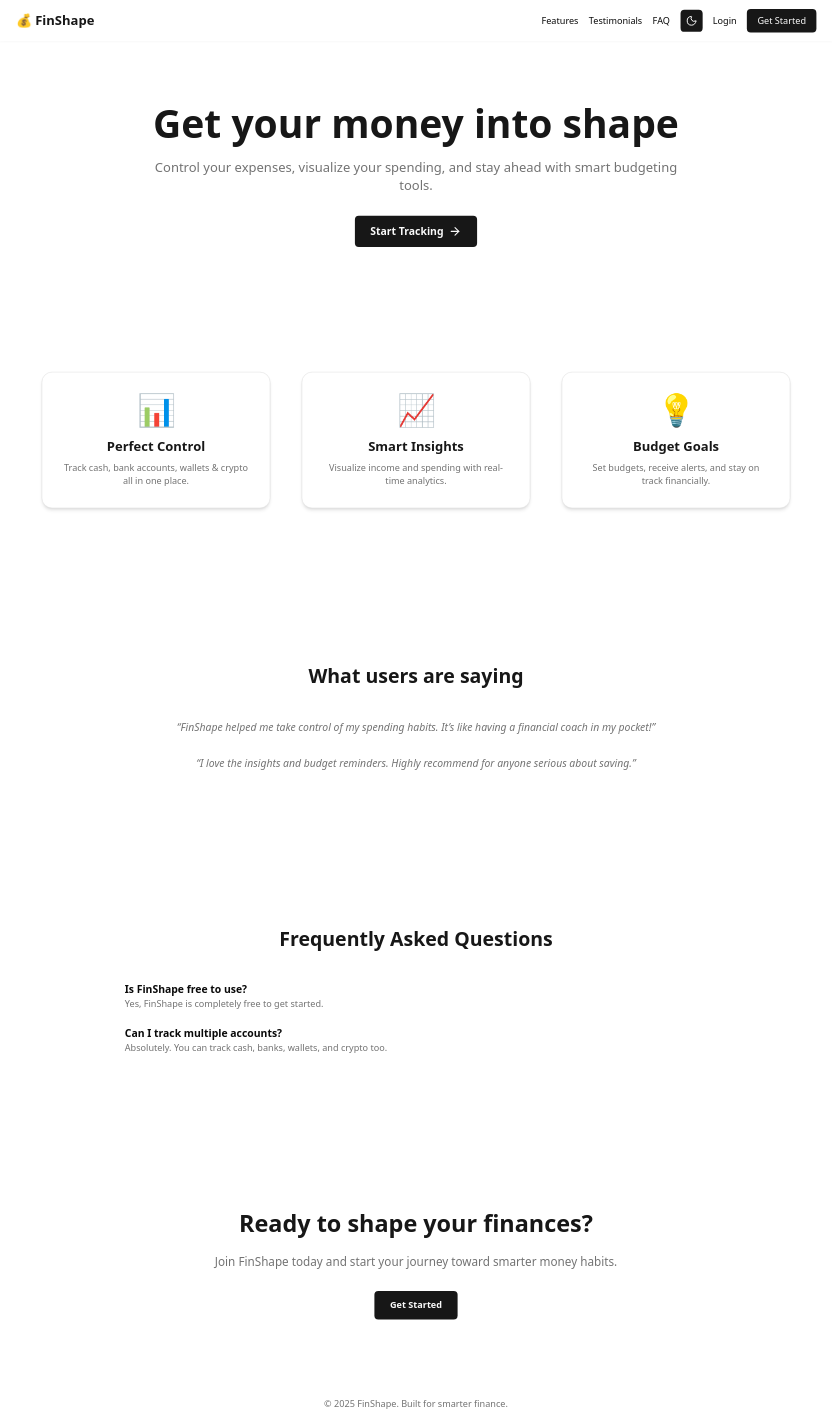
Repository: ruthvik-mt/Trackifi
Page: /categories (app in frontend/)
An editor plug-in stored every save of this project. The page is shown before and after the next save, followed by the edit.
The browser window is 1280 px wide. The pictures show the whole page, at 65% of full size.
The project was rebuilt for these pictures with package versions that can differ from the ones it lists, and the page was loaded fresh each time. Also part of the build but not shown: frontend/vite.config.ts, frontend/src/components/FormInput.tsx, frontend/src/pages/Auth/Login.tsx, frontend/src/pages/Auth/Register.tsx, frontend/src/components/Sidebar.tsx, frontend/src/components/ThemeToggleButton.tsx, frontend/src/components/Navbar.tsx, frontend/src/pages/Dashboard/Layout.tsx and 20 more.

Above is the page before, as saved 2025-07-15 20:44:38.

### frontend/index.html
<!-- index.html -->
<!DOCTYPE html>
<html lang="en">
  <head>
    <meta charset="UTF-8" />
    <link rel="icon" href="/favicon.svg" />
    <meta name="viewport" content="width=device-width, initial-scale=1.0" />

    <!-- Critical script: apply theme before paint -->
    <script>
      const theme = localStorage.getItem("theme");
      if (
        theme === "dark" ||
        (!theme && window.matchMedia("(prefers-color-scheme: dark)").matches)
      ) {
        document.documentElement.classList.add("dark");
      } else {
        document.documentElement.classList.remove("dark");
      }
    </script>

    <title>FinShape</title>
  </head>
  <body>
    <div id="root"></div>
    <script type="module" src="/src/main.tsx"></script>
  </body>
</html>

### frontend/src/main.tsx
import React from "react";
import ReactDOM from "react-dom/client";
import App from "./App";
import "./tailwind.css";
import { AuthProvider } from "./context/AuthProvider";
import { ThemeProvider } from "./context/ThemeProvider"; // ✅ Add ThemeProvider
import { BrowserRouter as Router } from "react-router-dom";

ReactDOM.createRoot(document.getElementById("root")!).render(
  <React.StrictMode>
    <Router>
      {/* ✅ Wrap app with theme context */}
      <ThemeProvider>
        <AuthProvider>
          <App />
        </AuthProvider>
      </ThemeProvider>
    </Router>
  </React.StrictMode>
);

### frontend/src/context/ThemeProvider.tsx
import { useEffect, useState, ReactNode } from "react";
import { ThemeContext, Theme } from "./ThemeContext";

export const ThemeProvider = ({ children }: { children: ReactNode }) => {
  const getInitialTheme = (): Theme => {
    if (typeof window === "undefined") return "light";
    const stored = localStorage.getItem("theme");
    if (stored === "light" || stored === "dark") return stored;
    return window.matchMedia("(prefers-color-scheme: dark)").matches ? "dark" : "light";
  };

  const [theme, setTheme] = useState<Theme>(getInitialTheme);

  useEffect(() => {
    const root = document.documentElement;
    if (theme === "dark") {
      root.classList.add("dark");
    } else {
      root.classList.remove("dark");
    }
    localStorage.setItem("theme", theme);
  }, [theme]);

  const toggleTheme = () => setTheme(prev => (prev === "dark" ? "light" : "dark"));

  return (
    <ThemeContext.Provider value={{ theme, toggleTheme }}>
      {children}
    </ThemeContext.Provider>
  );
};

### frontend/src/components/ProtectedRoute.tsx
// // src/components/ProtectedRoute.tsx
// import { Navigate } from "react-router-dom";
// import { useAuth } from "@/hooks/useAuth";
// import { ReactNode } from "react";

// const ProtectedRoute = ({ children }: { children: ReactNode }) => {
//   const { token } = useAuth();
//   return token ? <>{children}</> : <Navigate to="/login" replace />;
// };

// export default ProtectedRoute;

import { Navigate } from "react-router-dom";
import { useAuth } from "../hooks/useAuth"; // ✅ Correct path
import { JSX } from "react/jsx-runtime";

export default function ProtectedRoute({ children }: { children: JSX.Element }) {
  const { token } = useAuth();

  if (!token) return <Navigate to="/" replace />;
  return children;
}

### frontend/src/pages/LandingPage.tsx
import { Link } from "react-router-dom";
import { motion } from "framer-motion";
import { ArrowRight, Moon, Sun } from "lucide-react";
import { useTheme } from "../hooks/useTheme";
import { useState, useEffect } from "react";
import { Spinner } from "@/components/Spinner";

export default function LandingPage() {
  const { theme, toggleTheme } = useTheme();
  const [buttonLoading, setButtonLoading] = useState(true);

  useEffect(() => {
    const timer = setTimeout(() => setButtonLoading(false), 1000);
    return () => clearTimeout(timer);
  }, []);

  return (
    <div className="min-h-screen bg-background text-foreground">
      {/* ────────────── Header ────────────── */}
      <header className="sticky top-0 z-10 h-16 bg-card text-card-foreground shadow-sm flex items-center justify-between px-6">
        <div className="text-xl font-bold text-primary">💰 FinShape</div>

        <nav className="flex items-center gap-4">
          <a href="#features" className="text-sm font-medium hover:text-primary transition-colors">Features</a>
          <a href="#testimonials" className="text-sm font-medium hover:text-primary transition-colors">Testimonials</a>
          <a href="#faq" className="text-sm font-medium hover:text-primary transition-colors">FAQ</a>

          <button
            onClick={toggleTheme}
            className="px-2 py-2 rounded-md text-sm font-medium bg-primary text-primary-foreground hover:bg-primary/90 transition-colors flex items-center justify-center"
            aria-label={`Switch to ${theme === "dark" ? "light" : "dark"} mode`}
          >
            {theme === "dark" ? <Sun size={18} /> : <Moon size={18} />}
          </button>

          <Link
            to="/login"
            className="text-sm font-medium hover:underline hover:text-primary transition-colors"
          >
            Login
          </Link>

          {buttonLoading ? (
            <Spinner size="default" />
          ) : (
            <Link to="/register">
              <button className="px-4 py-2 rounded-md text-sm font-medium bg-primary text-primary-foreground hover:bg-primary/90 transition-colors">
                Get Started
              </button>
            </Link>
          )}
        </nav>
      </header>

      {/* ────────────── Hero Section ────────────── */}
      <motion.section
        className="text-center px-6 py-24 max-w-4xl mx-auto"
        initial={{ opacity: 0, y: 30 }}
        animate={{ opacity: 1, y: 0 }}
        transition={{ duration: 0.6 }}
      >
        <h1 className="text-5xl md:text-6xl font-extrabold leading-tight mb-6 text-primary">
          Get your money into shape
        </h1>
        <p className="text-lg md:text-xl text-muted-foreground mb-8">
          Control your expenses, visualize your spending, and stay ahead with smart budgeting tools.
        </p>

        {buttonLoading ? (
          <div className="flex justify-center">
            <Spinner size="lg" />
          </div>
        ) : (
          <Link to="/register">
            <button
              aria-label="Start tracking your expenses"
              className="px-6 py-3 rounded-md font-semibold bg-primary text-primary-foreground hover:bg-primary/90 inline-flex items-center gap-2 transition-colors"
            >
              Start Tracking <ArrowRight size={20} />
            </button>
          </Link>
        )}
      </motion.section>

      {/* ────────────── Features Section ────────────── */}
      <motion.section
        id="features"
        className="py-24 px-6 bg-background"
        initial={{ opacity: 0 }}
        whileInView={{ opacity: 1 }}
        viewport={{ once: true, amount: 0.2 }}
        transition={{ duration: 0.8 }}
      >
        <div className="max-w-6xl mx-auto grid gap-12 md:grid-cols-3 text-center">
          {[
            {
              icon: "📊",
              title: "Perfect Control",
              desc: "Track cash, bank accounts, wallets & crypto all in one place.",
            },
            {
              icon: "📈",
              title: "Smart Insights",
              desc: "Visualize income and spending with real-time analytics.",
            },
            {
              icon: "💡",
              title: "Budget Goals",
              desc: "Set budgets, receive alerts, and stay on track financially.",
            },
          ].map(({ icon, title, desc }, index) => (
            <motion.div
              key={title}
              className="bg-white dark:bg-zinc-900 text-zinc-800 dark:text-white border border-border p-8 rounded-2xl shadow-md hover:shadow-xl transition-transform"
              initial={{ opacity: 0, y: 40, scale: 0.95 }}
              whileInView={{ opacity: 1, y: 0, scale: 1 }}
              viewport={{ once: true, amount: 0.3 }}
              whileHover={{ scale: 1.06 }}
              transition={{
                duration: 0.6,
                delay: index * 0.2,
                type: "spring",
                stiffness: 120,
              }}
            >
              <div className="text-5xl mb-5">{icon}</div>
              <h3 className="text-xl font-bold mb-2 text-primary">{title}</h3>
              <p className="text-sm text-muted-foreground">{desc}</p>
            </motion.div>
          ))}
        </div>
      </motion.section>

      {/* ────────────── Testimonials Section ────────────── */}
     <motion.section
  id="testimonials"
  className="py-24 px-6 bg-background text-center"
  initial={{ opacity: 0 }}
  whileInView={{ opacity: 1 }}
  viewport={{ once: true, amount: 0.2 }}
  transition={{ duration: 0.8 }}
>
  <div className="h-12 bg-gradient-to-b from-transparent to-background" />
  <h2 className="text-3xl font-bold mb-12 text-primary">What users are saying</h2>
  <div className="max-w-4xl mx-auto space-y-8">
    <blockquote className="italic text-muted-foreground">
      “FinShape helped me take control of my spending habits. It’s like having a financial coach in my pocket!”
    </blockquote>
    <blockquote className="italic text-muted-foreground">
      “I love the insights and budget reminders. Highly recommend for anyone serious about saving.”
    </blockquote>
  </div>
</motion.section>


      {/* ────────────── FAQ Section ────────────── */}
     <motion.section
  id="faq"
  className="py-24 px-6 bg-background"
  initial={{ opacity: 0 }}
  whileInView={{ opacity: 1 }}
  viewport={{ once: true, amount: 0.2 }}
  transition={{ duration: 0.8 }}
>
  <div className="h-12 bg-gradient-to-b from-transparent to-background" />
  <h2 className="text-3xl font-bold mb-12 text-center text-primary">Frequently Asked Questions</h2>
  <div className="max-w-4xl mx-auto space-y-6">
    <div>
      <h4 className="font-semibold">Is FinShape free to use?</h4>
      <p className="text-sm text-muted-foreground">
        Yes, FinShape is completely free to get started.
      </p>
    </div>
    <div>
      <h4 className="font-semibold">Can I track multiple accounts?</h4>
      <p className="text-sm text-muted-foreground">
        Absolutely. You can track cash, banks, wallets, and crypto too.
      </p>
    </div>
  </div>
</motion.section>


      {/* ────────────── Call to Action ────────────── */}
      <motion.section
  id="cta"
  className="py-24 px-6 bg-background text-center"
  initial={{ opacity: 0 }}
  whileInView={{ opacity: 1 }}
  viewport={{ once: true, amount: 0.2 }}
  transition={{ duration: 0.8 }}
>
  <div className="h-12 bg-gradient-to-b from-transparent to-background" />
  <div className="max-w-2xl mx-auto">
    <h2 className="text-4xl font-bold mb-6 text-primary">Ready to shape your finances?</h2>
    <p className="mb-8 text-lg text-muted-foreground">
      Join FinShape today and start your journey toward smarter money habits.
    </p>
    <Link to="/register">
      <button className="px-6 py-3 text-sm font-semibold bg-primary text-primary-foreground rounded-md hover:bg-primary/90 transition-colors">
        Get Started
      </button>
    </Link>
  </div>
</motion.section>


      {/* ────────────── Footer ────────────── */}
      <footer className="text-center py-6 text-sm text-muted-foreground bg-background">
        © {new Date().getFullYear()} FinShape. Built for smarter finance.
      </footer>
    </div>
  );
}

### frontend/src/context/AuthContext.tsx
// import { createContext } from "react";
// import { User } from "@/types/Auth";

// export interface AuthContextType {
//   token: string | null;
//   user: User | null;
//   login: (token: string) => void;
//   logout: () => void;
// }

// export const AuthContext = createContext<AuthContextType>({
//   token: null,
//   user: null,
//   login: () => {},
//   logout: () => {},
// });

// src/context/AuthContext.ts
import { createContext } from "react";

export interface AuthContextType {
  token: string | null;
  login: (email: string, password: string) => Promise<void>;
  logout: () => void;
}

export const AuthContext = createContext<AuthContextType>(
  {} as AuthContextType // ✅ Safe for use without null-checks
);

### frontend/src/axios.ts
// // src/axios.ts
// import axios from "axios";

// const axiosInstance = axios.create({
//   baseURL: "http://localhost:8080/api",
// });

// axiosInstance.interceptors.request.use((config) => {
//   const token = localStorage.getItem("token");
//   if (token && config.headers) {
//     config.headers.Authorization = `Bearer ${token}`;
//   }
//   return config;
// });

// export default axiosInstance;

// src/axios.ts
// src/axios.ts
import axios from "axios";

const instance = axios.create({
  baseURL: "", // <-- frontend sends /api/... and Vite handles the proxy
  headers: {
    "Content-Type": "application/json",
  },
});

instance.interceptors.request.use((config) => {
  const token = localStorage.getItem("token");
  if (token) {
    config.headers = config.headers || {};
    config.headers["Authorization"] = `Bearer ${token}`;
  }
  return config;
});

export default instance;

### frontend/src/context/ThemeContext.tsx
import { createContext } from "react";

export type Theme = "light" | "dark";

export interface ThemeContextType {
  theme: Theme;
  toggleTheme: () => void;
}

export const ThemeContext = createContext<ThemeContextType | undefined>(undefined);

### frontend/src/hooks/useAuth.ts
// import { useContext } from "react";
// import { AuthContext } from "@/context/AuthContext";

// export const useAuth = () => useContext(AuthContext);

import { useContext } from "react";
import { AuthContext } from "../context/AuthContext";

export const useAuth = () => {
  const ctx = useContext(AuthContext);
  if (!ctx) throw new Error("useAuth must be used inside <AuthProvider>");
  return ctx;
};

### frontend/src/hooks/useTheme.ts
// src/hooks/useTheme.ts
import { useContext } from "react";
import { ThemeContext } from "../context/ThemeContext";

export function useTheme() {
  const context = useContext(ThemeContext);
  if (!context) {
    throw new Error("useTheme must be used within a ThemeProvider");
  }
  return context;
}

### frontend/src/components/Spinner.tsx
// src/components/Spinner.tsx
import { cn } from "@/lib/utils";
import { cva, VariantProps } from "class-variance-authority";
import { Loader } from "lucide-react";

const spinnerVariants = cva("text-muted-foreground animate-spin", {
  variants: {
    size: {
      default: "h-4 w-4",
      sm: "h-2 w-2",
      lg: "h-6 w-6",
      icon: "h-10 w-10",
    },
  },
  defaultVariants: {
    size: "default",
  },
});

interface SpinnerProps extends VariantProps<typeof spinnerVariants> {
  className?: string;
}

export const Spinner = ({ size }: SpinnerProps) => {
  return <Loader className={cn(spinnerVariants({ size }))} />;
};

Loaded but not shown: frontend/src/lib/utils.ts (common file); frontend/tailwind.config.js (86 lines, source omitted); frontend/src/context/AuthProvider.tsx (91 lines, source omitted); frontend/src/tailwind.css (118 lines, source omitted); frontend/src/App.tsx (86 lines, source omitted)

After the next save:
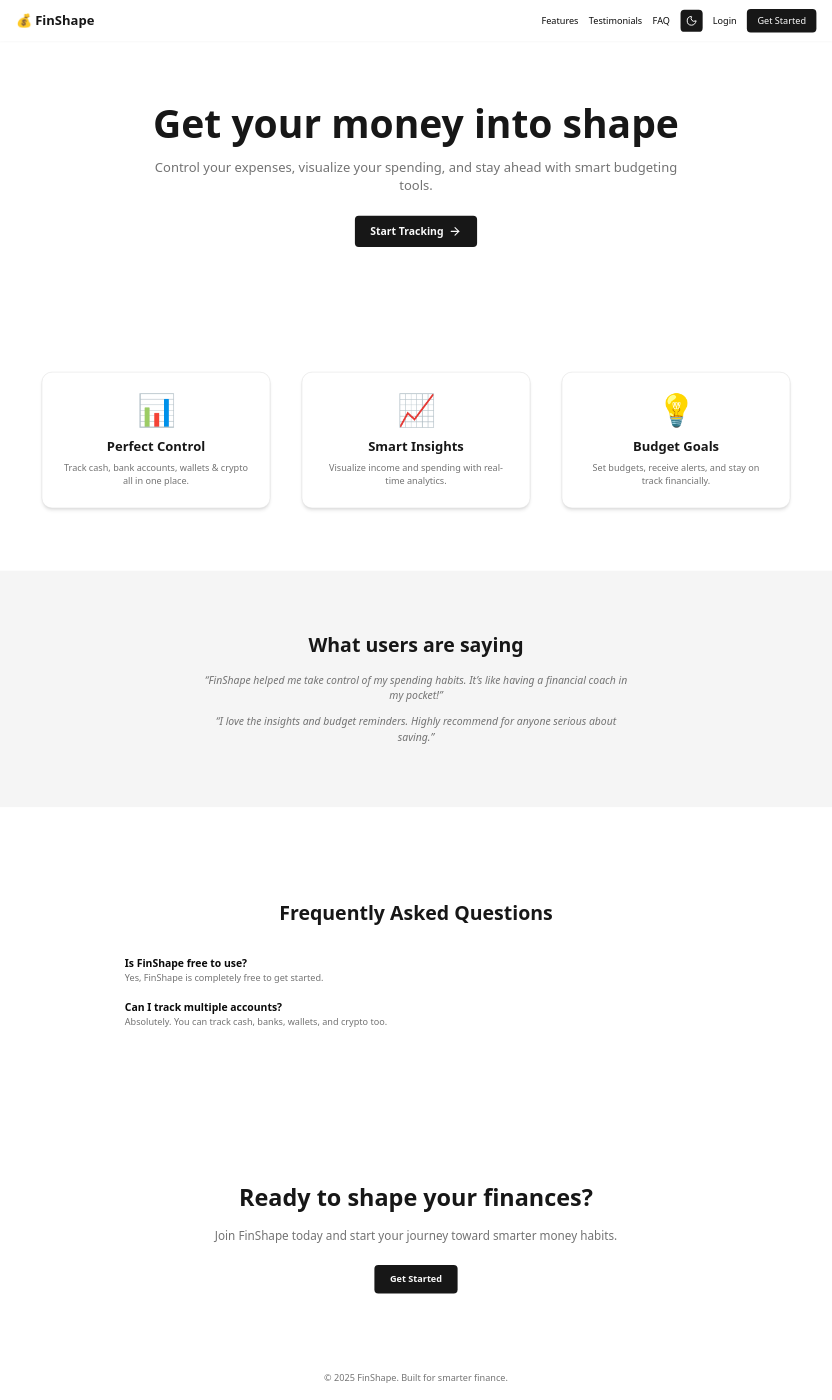
Saved 4 min 7 s later.
--- a/frontend/src/pages/LandingPage.tsx
+++ b/frontend/src/pages/LandingPage.tsx
@@ -132,25 +132,23 @@
       </motion.section>
 
       {/* ────────────── Testimonials Section ────────────── */}
-     <motion.section
+    <motion.section
   id="testimonials"
-  className="py-24 px-6 bg-background text-center"
-  initial={{ opacity: 0 }}
-  whileInView={{ opacity: 1 }}
+  className="py-24 px-6 bg-muted text-center"
+  initial={{ opacity: 0, y: 50 }}
+  whileInView={{ opacity: 1, y: 0 }}
   viewport={{ once: true, amount: 0.2 }}
   transition={{ duration: 0.8 }}
 >
-  <div className="h-12 bg-gradient-to-b from-transparent to-background" />
-  <h2 className="text-3xl font-bold mb-12 text-primary">What users are saying</h2>
-  <div className="max-w-4xl mx-auto space-y-8">
-    <blockquote className="italic text-muted-foreground">
-      “FinShape helped me take control of my spending habits. It’s like having a financial coach in my pocket!”
-    </blockquote>
-    <blockquote className="italic text-muted-foreground">
-      “I love the insights and budget reminders. Highly recommend for anyone serious about saving.”
-    </blockquote>
-  </div>
+  <h2 className="text-3xl font-bold mb-6 text-primary">What users are saying</h2>
+  <p className="italic text-muted-foreground max-w-2xl mx-auto mb-4">
+    “FinShape helped me take control of my spending habits. It’s like having a financial coach in my pocket!”
+  </p>
+  <p className="italic text-muted-foreground max-w-2xl mx-auto">
+    “I love the insights and budget reminders. Highly recommend for anyone serious about saving.”
+  </p>
 </motion.section>
+
 
 
       {/* ────────────── FAQ Section ────────────── */}

After the save that followed:
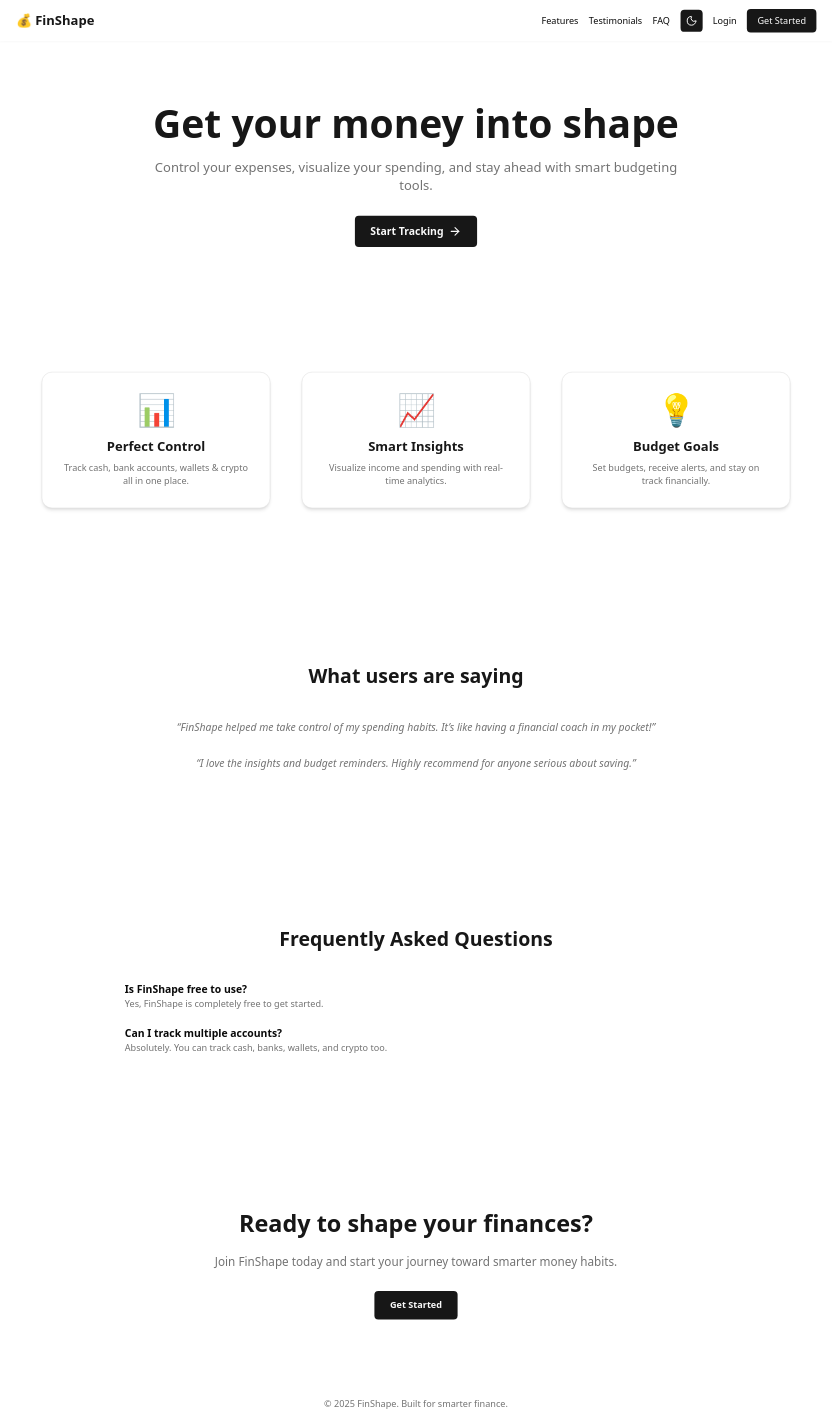
Saved 38 s later.
--- a/frontend/src/pages/LandingPage.tsx
+++ b/frontend/src/pages/LandingPage.tsx
@@ -132,23 +132,25 @@
       </motion.section>
 
       {/* ────────────── Testimonials Section ────────────── */}
-    <motion.section
+     <motion.section
   id="testimonials"
-  className="py-24 px-6 bg-muted text-center"
-  initial={{ opacity: 0, y: 50 }}
-  whileInView={{ opacity: 1, y: 0 }}
+  className="py-24 px-6 bg-background text-center"
+  initial={{ opacity: 0 }}
+  whileInView={{ opacity: 1 }}
   viewport={{ once: true, amount: 0.2 }}
   transition={{ duration: 0.8 }}
 >
-  <h2 className="text-3xl font-bold mb-6 text-primary">What users are saying</h2>
-  <p className="italic text-muted-foreground max-w-2xl mx-auto mb-4">
-    “FinShape helped me take control of my spending habits. It’s like having a financial coach in my pocket!”
-  </p>
-  <p className="italic text-muted-foreground max-w-2xl mx-auto">
-    “I love the insights and budget reminders. Highly recommend for anyone serious about saving.”
-  </p>
+  <div className="h-12 bg-gradient-to-b from-transparent to-background" />
+  <h2 className="text-3xl font-bold mb-12 text-primary">What users are saying</h2>
+  <div className="max-w-4xl mx-auto space-y-8">
+    <blockquote className="italic text-muted-foreground">
+      “FinShape helped me take control of my spending habits. It’s like having a financial coach in my pocket!”
+    </blockquote>
+    <blockquote className="italic text-muted-foreground">
+      “I love the insights and budget reminders. Highly recommend for anyone serious about saving.”
+    </blockquote>
+  </div>
 </motion.section>
-
 
 
       {/* ────────────── FAQ Section ────────────── */}
